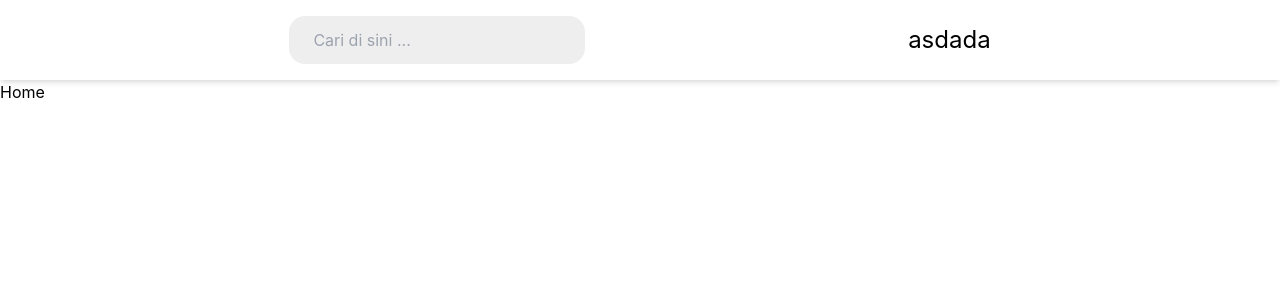
Repository: farrelmuhammad/real-estate-react
Page: /
An editor plug-in stored every save of this project. The page is shown before and after the next save, followed by the edit.
The browser window is 1280 px wide. The pictures show the whole page.
The project was rebuilt for these pictures with package versions that can differ from the ones it lists, and the page was loaded fresh each time. Also part of the build but not shown: src/App.css.

Above is the page before, as saved 2023-02-06 18:35:28.

### src/App.js
import logo from "./logo.svg";
import "./App.css";
import { Route, Routes } from "react-router-dom";
import Home from "./pages/Home";

function App() {
  return (
    <Routes>
      <Route exact path="/" element={<Home />} />
    </Routes>
  );
}

export default App;

### src/pages/Home.jsx
import React from 'react'
import Navbar from '../components/Navbar'

const Home = () => {
    return (
        <>
            <Navbar />
            <div>Home</div>
        </>
    )
}

export default Home

### src/components/Navbar.jsx
import React from 'react'

const Navbar = () => {
    return (
        <>
            <nav
                className="sticky top-0 w-full flex flex-wrap items-center justify-between py-4 bg-white text-black shadow-none lg:shadow-md navbar navbar-expand-lg navbar-light px-5 z-40"
            >
                <div className="container-fluid w-full flex flex-wrap items-center justify-between lg:justify-around lg:max-w-screen-lg lg:mx-auto">
                    {/* <div className="bg-purple-5 px-3 py-2 text-xl text-black font-extralight">SecondHand</div> */}
                    <div className="hidden lg:flex gap-5 items-center lg:flex-grow-0">
                        <div className="h-12 bg-white rounded-2xl py-3 px-6 text-neutral-3 flex lg:bg-[#EEEEEE]">
                            <input
                                className="w-full h-full bg-transparent focus:outline-none"
                                placeholder="Cari di sini ..."
                            />
                            {/* <FiSearch className="text-2xl" /> */}
                        </div>
                    </div>


                    <div className="w-8 lg:w-auto lg:flex-grow-0">
                        <div className="lg:flex gap-4 items-center text-2xl hidden">
                            {/* <FiList /> */}
                            asdada
                        </div>
                    </div>
                </div>
            </nav>

        </>
    )
}

export default Navbar

Loaded but not shown: public/index.html (common file); src/index.js (common file); src/index.css (common file); src/reportWebVitals.js (common file); tailwind.config.js (common file)

After the next save:
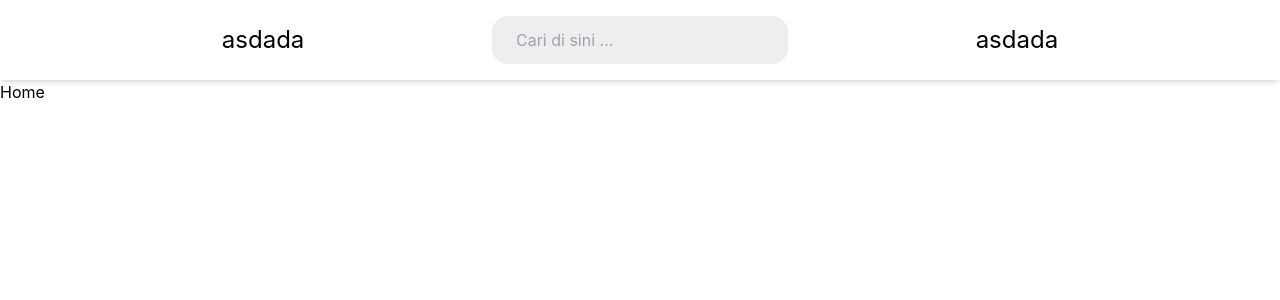
Saved 34 s later.
--- a/src/components/Navbar.jsx
+++ b/src/components/Navbar.jsx
@@ -8,6 +8,12 @@ const Navbar = () => {
             >
                 <div className="container-fluid w-full flex flex-wrap items-center justify-between lg:justify-around lg:max-w-screen-lg lg:mx-auto">
                     {/* <div className="bg-purple-5 px-3 py-2 text-xl text-black font-extralight">SecondHand</div> */}
+                    <div className="w-8 lg:w-auto lg:flex-grow-0">
+                        <div className="lg:flex gap-4 items-center text-2xl hidden">
+                            {/* <FiList /> */}
+                            asdada
+                        </div>
+                    </div>
                     <div className="hidden lg:flex gap-5 items-center lg:flex-grow-0">
                         <div className="h-12 bg-white rounded-2xl py-3 px-6 text-neutral-3 flex lg:bg-[#EEEEEE]">
                             <input
